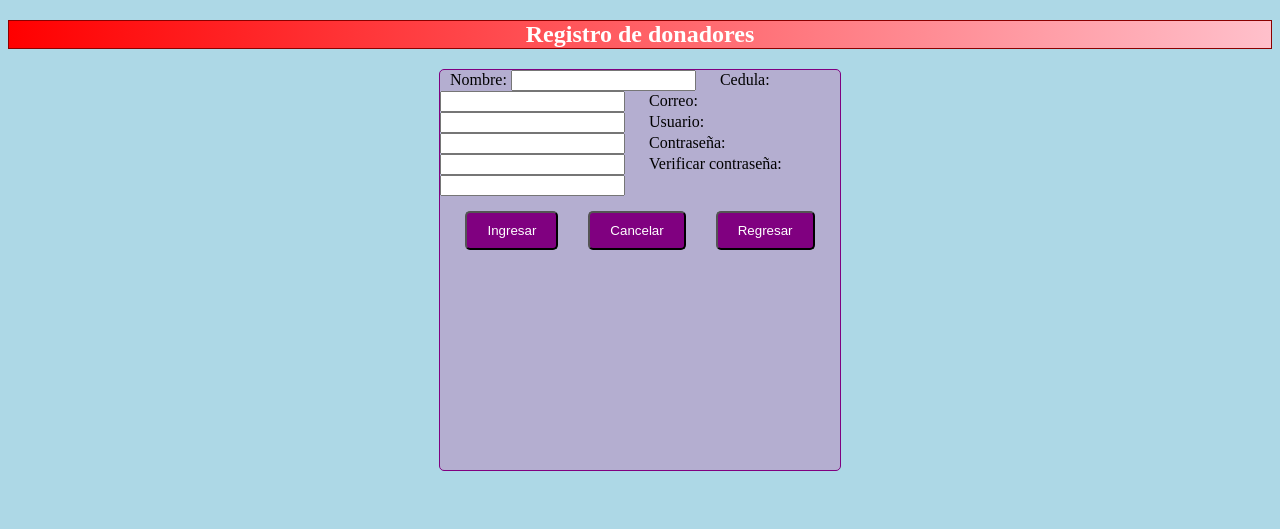
Repository: sonicspeed1/examen1_codigo_bryansantillan
Page: http://localhost/examen_1_bryan_santillan/registro_donadores.jsp
An editor plug-in stored every save of this project. The page is shown before and after the next save, followed by the edit.
The browser window is 1280 px wide. The pictures show the whole page.
The page is served by Tomcat 9.

Above is the page before, as saved 2024-05-25 17:45:54.

After the next save:
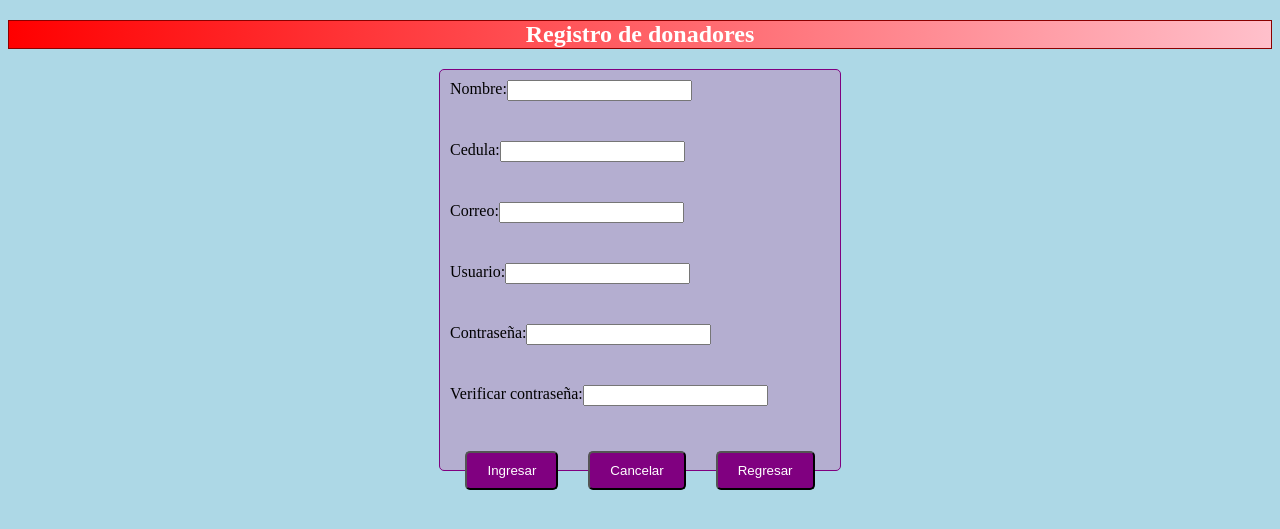
Saved 18 min 25 s later.
--- a/examen_1_bryan_santillan/src/main/webapp/estilo.css
+++ b/examen_1_bryan_santillan/src/main/webapp/estilo.css
@@ -79,6 +79,7 @@
 }
 
 .item_reg{
-	   margin-top:20px;
+	   display: flex;
+	   margin-bottom:20px;
 	   padding: 10px 10px;
 }
